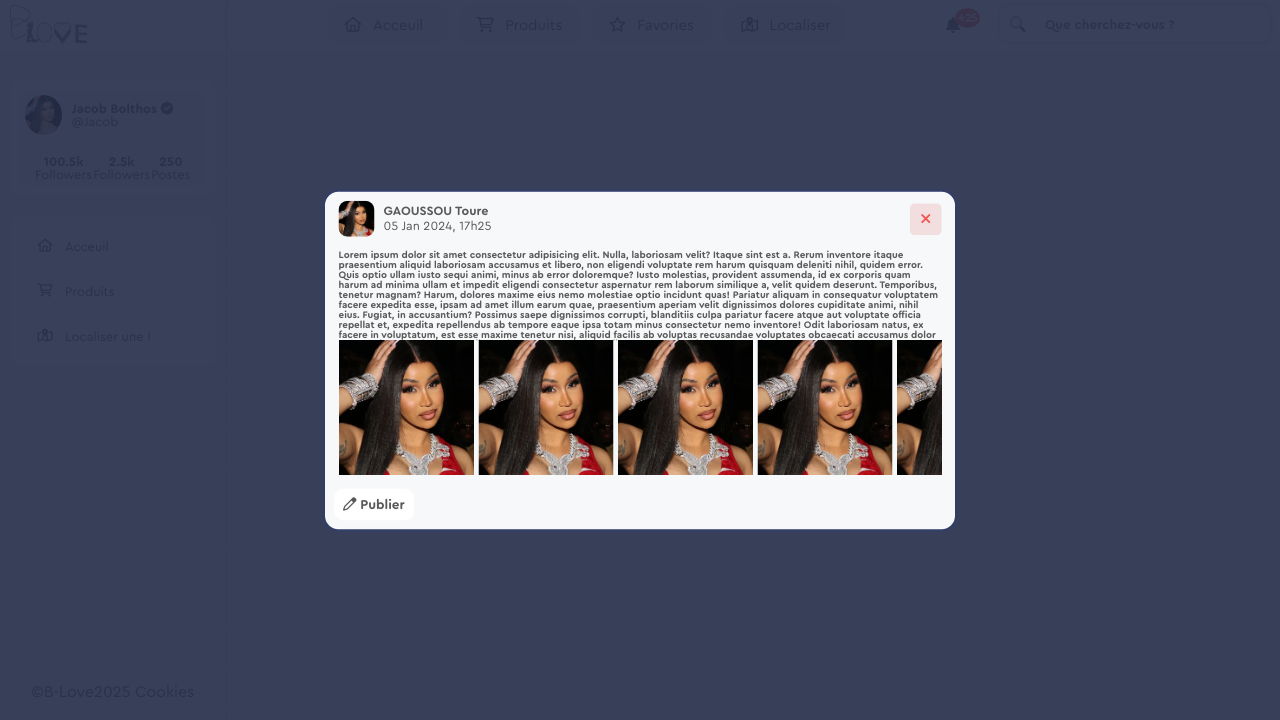
Repository: moomoony-log/b-love
Page: /home
The author's editor kept a copy of each file at every save. The page is drawn from the files as they stood at one save, then again after the next save.
The browser window is 1280 px wide. The pictures show the whole page.
Pictures or frames that could not be fetched are drawn as grey boxes. The project was rebuilt for these pictures with package versions that can differ from the ones it lists, and the page was loaded fresh each time. Also part of the build but not shown: vite.config.ts, src/rules/legacy.tsx, src/rules/privacy.tsx, src/components/basic/notification.tsx, src/view/auth.tsx, src/view/main/acceuil.tsx, src/view/main/dashbord.tsx, src/view/main/info-account.tsx and 3 more.

Above is the page before, as saved 2025-10-15 14:56:59.

### index.html
<!--
        ?????????         ?????????        ???????????????????
        ????? ?????     ????? ?????      ??????????   ??????????
        ?????  ?????   ?????  ?????    ????????         ????????
        ?????   ????? ?????   ?????    ??????            ????????
        ?????    ?????????    ?????    ??????            ????????
        ?????      ?????      ?????    ???????          ????????
        ?????                 ?????     ?????????      ????????
        ?????                 ?????        ???????????????????
        ?????                 ?????         ????????????????

    TRAVAIL JUSQU'A CE QU'ON DISE QUE TU ES FRANC-MAÇON
    TRAVAIL JUSQU'A CE QU'ON DISE QUE TU ES FRANC-MAÇON
    TRAVAIL JUSQU'A CE QU'ON DISE QUE TU ES FRANC-MAÇON
-->
<!doctype html>
<html lang="en">
  <head>
    <meta charset="UTF-8">
    <meta name="viewport" content="width=device-width, initial-scale=1.0">
    <meta http-equiv="X-UA-Compatible" content="IE=edge">
    <!-- Inbuilt -->
    <link rel="shortcut icon" href="./img/logoloveb.png" type="image/x-icon">
    <!-- <link rel="stylesheet" href="./vendor/font-awesome-pro/css/all.css">  -->
    <!-- <link rel="stylesheet" href="./css/app.css">  -->
    <title>B!love</title>
  </head>
  <body id="index">
    <div id="main-container"></div>
    <script type="module" src="/src/main.tsx"></script>
  </body>
</html>

### src/main.tsx
import { StrictMode } from 'react'
import { createRoot } from 'react-dom/client'
import App from './app'

createRoot(document.getElementById('main-container')!).render(
  <StrictMode>
    <App />
  </StrictMode>
)

### src/app.tsx

import { createBrowserRouter, RouterProvider } from "react-router-dom";
import Legacy from "./rules/legacy";
import Privacy from "./rules/privacy";
import Main from "./view/main/main";
import Auth from "./view/auth";
import Acceuil from "./view/main/acceuil";
import Dashbord from "./view/main/dashbord";
import "../public/css/app.css"
import "../public/vendor/font-awesome-pro/css/all.css"
import InfoAccount from "./view/main/info-account";
import Account from "./view/main/account";
import BecomeToMember from "./view/main/becomeToMember";
import Product from "./view/main/product";

// import Auth from "./view/auth";

const router =  createBrowserRouter([
	{
		path:'/',
		element:<Auth/>
	},
	{
		path:'/legacy',
		element:<Legacy/>
	},
	{
		path:'/privacy',
		element:<Privacy/>
	},
	{
		path:'/home',
		element:<Main/>,
		children:[
			{
				path:'acceuil',
				element: <Acceuil/>
			},
			{
				path:'dashbord',
				element: <Dashbord/>,
			},
			{
				path: 'product',
				element: <Product/>
			},
			{
				path:'check',
				element: <div>Localisation</div>
			},
			{
				path:'client',
				element: <InfoAccount/>,
				children: [
					{
						path:'compte',
						element: <Account/>
					},
					{
						path:'devenir_membre',
						element: <BecomeToMember/>
					},

				]
			}

		]
	}
])

// --> POINT D'ENTREE DANS L'APP(INDEX --> AUTH)
function App() {
	return <RouterProvider router={router}/>
}

export default App

### src/components/basic/button.tsx
// --> BUTTON COMPONENTS

import { forwardRef } from "react"
import { NavLink, useLocation } from "react-router-dom";

interface buttonProps {
    type: 'submit' | 'button',
    name?: string,
    icon?:string,
    color?: string,
    outline?: string,
    small?: 'small' | 'small-1' | 'small-2' | 'small-3',
    navigate?: string,
    children: boolean,
    border?: boolean,
    to: string | false,
    inner?:string,
    disable?:boolean,
    onclick?: () => unknown
}

const Button = forwardRef<HTMLButtonElement, buttonProps>(
  ({ name, icon, color, outline, small, navigate, inner, disable, children,border, to, onclick }, ref) => {
    const location = useLocation()
    return (
      <button
        ref={ref}
        type="button"
        className="ui-btn"
        name={name}
        color={color}
        {...(outline ? { "data-outline": "" } : {})}
        {...(disable ? { disabled: true } : {})}
        {...(navigate ? { "data-navigate": "" } : {})}
        {...(inner ? { "data-inner": "" } : {})}
        {...(small ? { "data-size" : small} : {})}
        {...(border ? { "data-border": "" } : {})}
        {...(to && location.pathname === to ? { "data-active": "" } : {})}
        onClick={onclick}
      >
        { (!children && !to ) && name } { icon && (!children && !to ) && <i className={icon}></i> }

        { (children && to) && <NavLink to={to}>  <i className={icon}></i>  {name} </NavLink> }

      </button>
    );
  }
);

export default Button

### public/css/config/config.css
/* Style global de configuration */

/* Police d'ecriture */
/* Cera */
@font-face{
    font-family: 'Cera';
    src: url('../../font/cera-round-pro/CeraRoundPro-Bold.otf');
    font-weight: bold;
}
@font-face {
    font-family: 'Cera';
    src: url('../../font/cera-round-pro/CeraRoundPro-Regular.otf');
    font-weight: normal;
}

/* body{
    display: flex !important;
    padding: 5px;
    height: 100%;
    width: 100%;
    position: absolute;
    top: 0;
    left: 0;
    overflow: hidden;
} */
body *{
    box-sizing: border-box;
    font-family: 'Cera', sans-serif;
    font-weight: bold;
}

button:focus, input:focus, textarea:focus, select:focus {
    outline: none;
}

button {
    cursor: pointer;
    border: none;
}

h1, h2, h3, h4, h5, p {
    color: inherit;
    margin: 0;
    padding: 0;
    text-decoration: inherit;
}

img{
    height: inherit;
    max-width: 100%;
}

### public/css/component/components.css
 /* Imporation des dependances */
 @import url('input.css');
 @import url('button.css');
 @import url('img.css');
 @import url('notification.css');
 @import url('loader.css');
 @import url('table.css');
 @import url('./modals/modal.css');

 @keyframes text{
    0%{
        transform: translateX(100%);
    }
    100%{
        transform: translateX(-100%);
    }
 }

### public/css/views.css
/* --> Css relative à toutes les vues communes  */
@import url('views/auth.css');
@import url('views/legacy.css');
@import url('views/privacy.css');

### public/css/animation.css
@keyframes reotateInner {
    from {
       transform: rotate(0);
    }
    to{
       transform: rotate(180deg);
    }
 }
 @keyframes Online {
    0%, 100% {
       transform: scale(1.5);
       opacity: 1;

    }
    50% {
       transform: scale(0.5);
       /* opacity: 0.5; */
    }
 }
  @keyframes Online2 {
    0%, 100% {
       opacity: 1;

    }
    50% {
       opacity: 0.5;
    }
 }
 @keyframes spin {
   0%{
      transform: rotate(0deg);
   }
   100%{
      transform: rotate(360deg);
   }

 }
  @keyframes opa {
   0%{
      opacity: .4;
   }
   100%{
      opacity: 1;
   }

 }

### public/css/utils/utils.css
@import url('variable.css');
@import url('helper.css');

### public/css/utils/variable.css
/* Variables */
:root{
    --color-white: #ffffff;
    --color-gray-soft: #F6F8FA;
    --color-gray-medium: #b0b0b0;
    --color-gray-hard: #595959;
    --color-gray-hard-1: #7f7f7f;
    /* --color-gray-hard-3: #d4d2d246; */
    --color-gray-hard-3: #f2f2f2e7;
    --color-gray-hard-5: #f2f2f2;
    --color-gray-hard-4: #5959592f;
    --color-blue-lite: #dbf5ff;
    --color-blue-soft: #00B0F0;
    --color-blue-soft-2: #9ab9dc;
    --color-blue-hard: #2A6EBB;
    --color-green-lite: #aefecf;
    --color-green-lite-2: #80d6a4;
    --color-green-hard: #41cf7c;
    --color-red-lite: #ffcdcd;
    --color-red-soft: #f58e8e;
    --color-red-hard: #f25353;
    --shadow-one: 0 0 5px #eee;
    --shadow-two: 0 0 5px #84b1c3;
    --shadow-3: 0 0 4px #bababa;
    --bezier-1: cubic-bezier(0.68, -0.55, 0.27, 1.55);
}

### public/css/utils/helper.css
/* cool-scroll-bar */
.cool-scroll-bar::-webkit-scrollbar{
    width: 3px;
    height: 3px;
    border-radius: 50px !important;
    background-color: var(--color-gray-soft);
    box-shadow: 0 0 5px var(--color-gray-soft);
}
.cool-scroll-bar::-webkit-scrollbar-thumb{
    background-color: var(--color-gray-medium);
    border-radius: 50px !important;
}

### public/css/views/legacy.css
.legacy {
    z-index: 10;
    height: 100%;
    padding: 20px;
    overflow: auto;
}
.legacy p{
    font-size: 40px;
}

### public/css/component/img.css
/* ---> CSS DES COMPOSANTS IMAGES */
.cont-account-img{
    overflow: hidden;
    position: relative;
    cursor: pointer;
}
.cont-account-img[data-name="account"]{
    height: 40px;
    width: 50px;
    border-radius: 50%;

}
.cont-account-img[data-name="pub"]{
    height: 40px;
    width: 50px;
    border-radius: 50%;

}
/* image compte publication */
.cont-account-img[data-name="my-post"]{
    width: 65px;
    height: 65px;
    border-radius: 5px;
}

/* image compte publication */
.cont-account-img[data-name="pub-2"]{
    min-width: 35px;
    max-width: 35px;
    height: 35px;
    border-radius: 50%;
}
.cont-account-img[data-name="like"]{
    width: 20px;
    height: 20px;
    border-radius: 50%;
}
.cont-account-img[data-name="product"]{
    /* width: 100px; */
    height: 150px;
    border-radius: 10px;
    margin-bottom: 20px;
}
.cont-account-img[data-name="info-account"]{
    height: 130px;
    width: 130px;
    border-radius: 50%;
}
.cont-account-img[data-name="pub-item"]{
    height: 40px;
    width: 40px;
    border-radius: 10px;
}
.cont-account-img[data-name="pub-item-img"]{
    height: 150px;
    min-width: 150px;
    /* border-radius: 10px; */
}
.cont-account-img[data-name="publication"]{
    height: 130px;
    min-width: 100px;
    border-radius: 10px !important;
    position: relative;
}
.cont-account-img[data-name="publication"] img{
    cursor: move;
}
.cont-account-img[data-name="publication"]::after{
    content: '\f00d';
    position: absolute;
    background-color: red;
    font-size: 18px;
    text-align: center;
    border-radius: 10px;
    color: white;
    height: 20px;
    width: 20px;
    line-height: 20px;
    top: 2px;
    font-family: 'Font Awesome 6 Pro';
    right: 2px;

}
.cont-account-img img{
    height: 100%;
    width: 100%;
    object-fit: cover;
    position: absolute;
    display: block;
}
.cont-account-img video{
    height: 100%;
    width: 100%;
    object-fit: cover;
    position: absolute;
    display: block;
}
/* Image du logo */
.logo-content img{
    height: 40px;
}
.marketing-img{
    width: 50%;
    height: 100%;
}
#app-content-right .head .logo-content img{
    height: 35px;
}
.container-my-pub .item-pub img{
    width: 100%;
    height: 100%;
    object-fit: cover;
    border-radius: 5px;
    cursor: pointer;
}
/* Image de publié */
/* Grille d'images style Facebook */

.pub-content .medias-body .cont-account-img{
    border-radius: 0px;
    width: 100%;
    height: 100%;
    justify-content: center;
    align-items: center;
    overflow: hidden;
}
.pub-content .medias-body .cont-account-img[data-img]::before{
    content: attr(data-img);
    font-size: 14px;
    background-color: white;
    font-weight: lighter;
    position: absolute;
    color: var(--color-gray-hard-1);
    height: 25px;
    width: 100px;
    border-radius: 10px;
    text-align: center;
    line-height: 25px;
    right: 5px;
    top: 5px;
    z-index: 40;
}
.pub-content .medias-body .cont-account-img img{
    max-width: 100%;
    max-height: 100%;
    object-fit: contain; /* conserve le ratio */
}
 .pub-content .medias-body .cont-account-img  iframe{
    position: absolute;
    top: 0;
    left: 0;
    width: 100%;
    height: 100%;
}
  .container-my-pub .item-pub video{
    width: 100%;
    height: 100%;
    cursor: pointer;
    border-radius: 5px;
    background-color: black;
}
/*
.pub-content {
    width: 100%;
} */

/* .pub-content .cont-account-img:hover img {
    transform: scale(1.03);
}  */

### public/css/views/privacy.css
.privacy {
    z-index: 10;
    height: 100%;
    padding: 20px;
    overflow: auto;
}
.privacy p{
    font-size: 40px;
}

### public/css/component/notification.css
/* CSS DES GRILLES DE NOTIFICATIONS */
#notification{
    position: absolute;
    right: 0;
    z-index: 900;
    width: 350px;
    bottom: 0;
    padding: 5px;
    display: flex;
    justify-content: flex-end;
    align-items: center;
    flex-direction: column;
    gap: 10px;
}

#notification .notif-item{
    width: 320px;
    max-height: 60px;
    box-sizing: border-box;
    background-color: var(--color-white);
    display: none;
    align-items: center;
    overflow: hidden;
    gap: 5px;
    padding: 10px;
    border-radius: 10px;
    opacity: 0;
    transform: scale(0);
    box-shadow: 0 0 7px -2px var(--color-gray-hard-1);
    transition: transform .3s cubic-bezier(0.68, -0.55, 0.27, 1.55), opacity .2s ease-in-out, max-height .3s ease-in-out;
}
#notification .notif-item .notif-text-content{
    margin-right: auto;
}

#notification .notif-item[data-show]{
    opacity: 1;
    transform: scale(1);
    display: flex;
}

#notification .notif-item .icon{
    height: 35px;
    width: 35px;
    line-height: 35px;
    text-align: center;
    font-size: 15px;
    border-radius: 50%;
    position: relative;
    z-index: 2;
    color: var(--color-white);
}

#notification .notif-item .icon::before{
    position: absolute;
    text-align: center;
    left: 0;
    font-size: 35px;
    content: '\f335';
    font-family: 'Font Awesome 6 Pro';
    z-index: -1;
}

#notification .notif-item .exit{
    text-align: center;
    margin-left: 5px;
    border-radius: 50%;
    cursor: pointer;
    color: #cccccc;
}

#notification .notif-item[data-name="exit"] {
    border-left: 5px solid var(--color-red-soft);
}
#notification .notif-item[data-name="exit"] .exit{
    color: var(--color-red-soft);
}
#notification .notif-item[data-name="good"] .exit{
    color: var(--color-green-lite-2);
}
#notification .notif-item[data-name="exit"]:hover{
    box-shadow: 0 0 7px -2px var(--color-red-hard);
}
#notification .notif-item[data-name="good"]:hover{
    box-shadow: 0 0 7px -2px var(--color-green-hard);
}
#notification .notif-item[data-name="await"]:hover{
    box-shadow: 0 0 7px -2px var(--color-gray-hard);
}
.notif-item[data-name="exit"] .icon::before{
    color: var(--color-red-soft);
}
#notification .notif-item[data-name="await"]{
    border-left: 5px solid #cccccc;
}
.notif-item[data-name="good"] .icon::before{
    color: var(--color-green-lite-2);
}
.notif-item[data-name="await"] .icon::before{
    color: #cccccc;
}
#notification .notif-item[data-name="good"]{
    border-left: 5px solid var(--color-green-lite-2);
}
#notification .notif-item .title{
    text-wrap: nowrap;
    color: var(--color-gray-hard-1);
    font-size: 13px;
}
#notification .notif-item .text{
    font-size: 12px;
    display: flex;
    overflow: hidden;
    max-width: 240px;
    text-overflow: ellipsis;
    font-weight: lighter;
}

/* RESPONSIVE STATE */
@media (max-width: 344px) {
    #notification{
        width: 300px;
    }
    #notification .notif-item{
        width: 290px;
        max-height: 80px;
    }
    #notification .notif-item .icon::before{
        left: -2px;
    }
}

### public/css/component/loader.css

/* CSS DU COMPOSANT DE CHRAGEMENT */
#loader{
    position: absolute;
    display: flex;
    flex-direction: column;
    width: 100%;
    gap: 10px;
    height: 100%;background-color: rgba(255, 255, 255, 0.744);
    justify-content: center;
    align-items: center;
    z-index: 1000;
}

#loader .spinner{
    height: 60px;
    width: 60px;
    display: flex;
    justify-content: center;
    align-items: center;
    position: relative;
    animation: spin 2s linear infinite;
}
#loader .spinner::before{
    content: '';
    height: 100%;
    width: 100%;
    position: absolute;
    border-radius: 50%;
    border: solid 4px var(--color-gray-hard-3);
}
#loader .spinner::after{
    content: '';
    height: 100%;
    width: 100%;
    position: absolute;
    border-radius: 50%;
    border: solid 4px transparent;
    border-left-color:var(--color-gray-hard-1);
    animation: spin 0.8s linear infinite, opa 0.8s ease-in-out infinite alternate-reverse;
}
#loader img{
    width: 95px;
    height: 50px;
}
#loader i{
    font-size: 20px;
}
#loader .i{
   background-color: var(--color-gray-hard-);
   padding: 7px;
   display: flex;
   align-items: center;
   justify-content: center;
   border-radius: 5px;
}

### public/css/component/table.css
.infos-personnels[data-name="statut"] .availability table{
    border-collapse: collapse;
    width: 100%;
    background-color: var(--color-white);
    text-align: center;
    font-size: 13px;
}
.availability table th,
.availability table td{
    height: 40px;
    padding: 3px;
}
.availability table td:last-child{
    text-align: right;
}
.availability table tbody tr:hover{
    background-color: var(--color-gray-hard-3);
}

.cont-my-post table{
    width: 100%;
    border-spacing: 0 5px;
    background-color: var(--color-white);
    text-align: center;
    padding: 5px;
    border-radius: 5px;
}
.cont-my-post table tbody td:last-child button{
    background-color: white;
    margin-left: 5px;
}
.cont-my-post table tbody tr:hover td{
    background-color: var(--color-white);
}
.cont-my-post table tbody tr:hover td:last-child button{
    background-color: var(--color-gray-hard-3);
}

.cont-my-post table tbody td{
    padding: 5px;
    background-color: var(--color-gray-hard-3);
    font-weight: lighter;
    margin: 10px;
}
.cont-my-post table tbody td:last-child{
    text-align: right;
}


@media (max-width: 855px) {
    .cont-my-post table{
        font-size: 12px;
    }
    .cont-my-post table tbody td:last-child{
        display: flex;
        flex-direction: column;
        margin: 0;
        gap: 5px;
    }
}

@media (max-width: 355px) {
    .cont-my-post table tbody td:last-child{
        font-size: 11px;
    }
}

### public/css/component/modals/modal.css
/* @import url('./modals/registration.css'); */
@import url('./publication.css');
@import url('./pubItem.css');
@import url('./confirm.css');

#modals .modal{
    position: fixed;
    display: none;
    align-items: center;
    left: 0;
    top: 0;
    justify-content: center;
    height: 100%;
    width: 100%;
    background-color: #262f4ae8;
    z-index: 1000;
    transition: opacity .6s ease-in-out;
    animation: show-modal .5s ease-in-out;
 }
.modal .box{
    background-color:var(--color-gray-soft);
    min-width: 300px;
    max-width: 1300px;
    min-height: 270px;
    box-shadow: 0 0 5px 0px #263b80;
    padding: 10px;
    border-radius: 15px;
    opacity: 1;
    transform: scale(.9);
    flex-direction: column;
    gap: 10px;
    animation: show-box .6s ease-in-out forwards;
}

.modal:active .box{
    animation: show-box .6s ease-in-out forwards, show-cont .1s ease-in-out;
}
 /* Animation > Affichage > Masquage */
.modal[data-show]{
   display: flex !important;
}
.modal[data-show] .box{
   display: flex !important;
}
.modal[hide]{
   opacity: 0;
}
.modal[hide] .box{
    animation: hide-box .5s ease-in-out forwards;
}
.modal .box .modal-head{
   height: 40px;
   display: flex;
   padding: 0 5px;
   justify-content: space-between;
   align-items: center;
}
.box .modal-head .title i{
   height: 25px;
   width: 25px;
   line-height: 25px;
   text-align: center;
   border-radius: 5px;
   color: var(--color-white);
   background-color: var(--color-gray-hard-1);
}
.box .modal-head .exit i{
   color: var(--color-red-hard);
   cursor: pointer;
   height: 35px;
   width: 35px;
   line-height: 35px;
   text-align: center;
   background-color: rgb(242, 222, 222);
   border-radius: 5px;
}
.modal .box .body{
   min-height: 200px;
   border-radius: 10px;
   padding: 5px;
}
.modal .box .controler{
   width: 100%;
   display: flex;
   gap: 30px;
 }

### public/css/component/modals/pubItem.css

.modal[data-name="pub-item"] .box{
    max-width: 700px;
}
.modal[data-name="pub-item"] .title{
    display: flex;
    gap: 10px;
    align-items: center;
}
.modal[data-name="pub-item"] .body .medias-cont{
    display: flex;
    overflow-y: hidden;
    overflow-x: auto;
    gap: 5px;
    /* background-color: blue;
    height: 250px; */
}
.modal[data-name="pub-item"] .body .about-pub{
    width: 100%;
    max-height: 100px;
    /* background-color: red; */
    font-size: 11px;
    overflow: hidden;
    display: -webkit-box;
    -webkit-line-clamp: 3;
    -webkit-box-orient: vertical;
    line-clamp: 3;
}
.modal[data-name="pub-item"] .body .about-pub[data-data]{
    -webkit-line-clamp: initial;
    -webkit-box-orient: initial;
    line-clamp: initial;

}
.modal[data-name="pub-item"] .title .identity{
    display: flex;
    gap: 3px;
    flex-direction: column;
}
.modal[data-name="pub-item"] .title .identity span{
    font-size: 14px;
}
.modal[data-name="pub-item"] .title .identity span:last-child{
    font-weight: lighter;
}

### public/css/component/modals/confirm.css
.modal[data-name="confirm"] .box .body{
   display: flex;
   background-color: var(--color-white);
   display: flex;
   flex-direction: column;
   justify-content: center;
   align-items: center;
   position: relative;
}
.modal[data-name="confirm"] .box .body::after{
    content: '';
    height: 100%;
    width: 100%;
    border-radius: 10px;
    position: absolute;
    animation: Online2 1s ease-in-out infinite;
}
.modal[data-name="confirm"] .box .body .icon{
    height: 75px;
    width: 75px;
    font-size: 50px;
    line-height: 75px;
    text-align: center;
    border-radius: 10px;
    margin-bottom: 5px;
}
.modal[data-name="confirm"] .box .body .title{
    font-size: 20px;
    margin-bottom: 20px;
}
.modal[data-name="confirm"] .box .body .confirm-text{
    font-weight: lighter;
}

.modal[data-name="confirm"] .box .body[type="exit"]::after{
    background-color: rgba(255, 17, 17, 0.066);
}
.modal[data-name="confirm"] .box .body[type="exit"] .icon{
    box-shadow: 0 0 7px -4px var(--color-red-hard);
    background-color: var(--color-red-lite);
    color: var(--color-red-soft);
}
.modal[data-name="confirm"] .box .body[type="exit"] .title{
    color: var(--color-red-soft);
}

.modal[data-name="confirm"] .box .body[type="good"]::after{
    background-color: rgba(17, 184, 255, 0.077);
}
.modal[data-name="confirm"] .box .body[type="good"] .icon{
    box-shadow: 0 0 7px -4px var(--color-blue-hard);
    background-color: var(--color-blue-lite);
    color: var(--color-blue-soft);
}
.modal[data-name="confirm"] .box .body[type="good"] .title{
    color: var(--color-blue-soft);
}

### src/utils/utils.ts
class Utils {

    static emailValidation(email: string) : boolean {
        const emailRegex :RegExp = /^[^\s@]+@[^\s@]+\.[^\s@]+$/
        return emailRegex.test(email)
    }

    static inputValue(value: string, minLenght: number) : boolean {
        const inputRegex :RegExp = /^[A-Za-zÀ-ÖØ-öø-ÿ\s]+$/

        if (value.length > minLenght && inputRegex.test(value)) return inputRegex.test(value)
        else return false
    }

    static passwordValidation = (value: string):boolean => {
        const passwordRegex: RegExp = /^(?=.*?[A-Z])(?=.*?[a-z])(?=.*?[0-9])(?=.*?[#?!@$%^&*-]).{8,}$/g
        if (passwordRegex.test(value)) return true
        else return false
    }

    static otpValidation = (value: string):boolean => {
        const otpRegex : RegExp = /^[0-9]+$/gm
        if(otpRegex.test(value) && value.length === 1) return true
        else return false
    }

}

export default Utils

Loaded but not shown: public/vendor/font-awesome-pro/css/all.css (library); public/css/app.css (2376 lines, source omitted); src/view/main/main.tsx (184 lines, source omitted); src/components/basic/input.tsx (178 lines, source omitted); public/css/views/auth.css (265 lines, source omitted); public/css/component/input.css (227 lines, source omitted); public/css/component/button.css (206 lines, source omitted); src/components/basic/modals/pubItem.tsx (41 lines, source omitted); public/css/component/modals/publication.css (141 lines, source omitted)

After the next save:
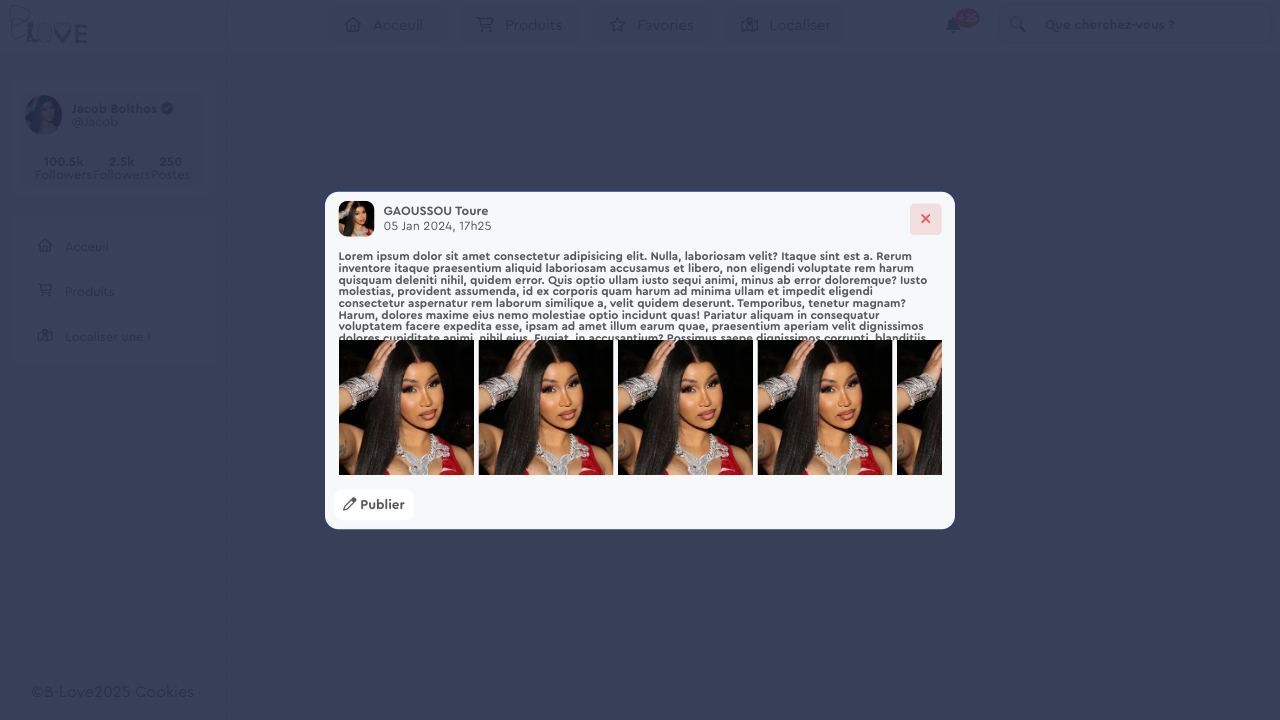
Saved 4 s later.
--- a/public/css/component/modals/pubItem.css
+++ b/public/css/component/modals/pubItem.css
@@ -19,7 +19,7 @@
     width: 100%;
     max-height: 100px;
     /* background-color: red; */
-    font-size: 11px;
+    font-size: 13px;
     overflow: hidden;
     display: -webkit-box;
     -webkit-line-clamp: 3;
